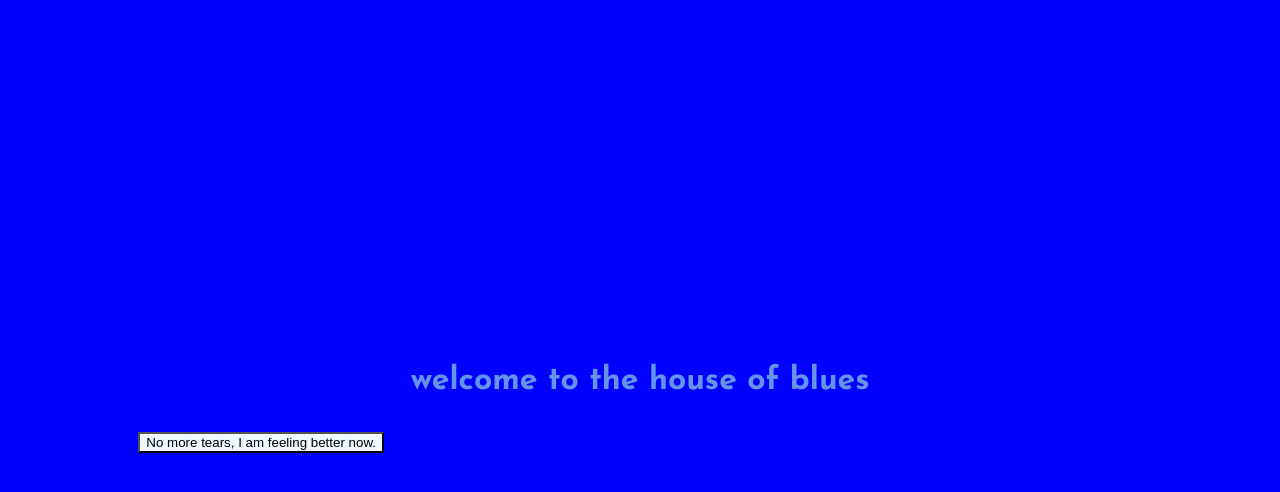
Repository: olivia-clarkeedwards/house-of-blues
Page: index.html
The author's editor kept a copy of each file at every save. The page is drawn from the files as they stood at one save, then again after the next save.
The browser window is 1280 px wide. The pictures show the whole page.

Above is the page before, as saved 2023-02-16 12:44:31.

### index.html
<!DOCTYPE html>
<html>
  <head>
    <title>house of blues</title>
    <link rel="stylesheet" href="main.css">
    <link rel="preconnect" href="https://fonts.googleapis.com">
    <link rel="preconnect" href="https://fonts.gstatic.com" crossorigin>
    <link href="https://fonts.googleapis.com/css2?family=Josefin+Sans:wght@700&display=swap" rel="stylesheet">
  </head>
  <body id = 'background'>
      <h1 id = 'main-title'>welcome to the house of blues</h1>
      <p id="audio"></p>
      <button>No more tears, I am feeling better now.</button>
  </body>
  <script src="index.js" type="text/javascript"></script>
</html>

### main.css
body {
  color: cornflowerblue;
  background-color: blue;
  margin: 0;
  padding: 0;
  height: 100%;
  width: 100%;
  font-family: "Josefin Sans", sans-serif;
}

* {
  box-sizing: border-box;
}

h1 {
  position: absolute;
  top: 50%;
  left: 50%;
  transform: translate(-50%, -50%);
  user-select: none;
}

p {
  display: hidden;
}

button {
  position: absolute;
  top: 60%;
  right: 70%;
  background-color: aliceblue;
}

.drop {
  width: 20px;
  height: 20px;
  position: fixed;
  border-radius: 80% 0 55% 50% / 55% 0 80% 50%;
  z-index: -1;
  top: -1vh;
  font-size: 2rem;
  background-color: rgba(0, 255, 255, 0.406);
  transform: translateY(0);
  animation: fall 10s linear forwards;
  transform: rotate(-45deg);

  /* Remove ability to highlight drops */
  -webkit-touch-callout: none;
  -webkit-user-select: none;
  -khtml-user-select: none;
  -moz-user-select: none;
  -ms-user-select: none;
  user-select: none;
}

@keyframes fall {
  to {
    transform: translateY(101vh);
  }
}

### index.js
/*--------------------------------------/
    Welcome to the house of blues
/--------------------------------------*/
// Copyright 2023 Olivia Clarke-Edwards. //

const mainTitle = document.getElementById('main-title')
const background = document.getElementById('background')
const audioBG = document.getElementById('audio')

let count = 0
const featureTime = 3
const numEggs = 2 //to add a feature, increment this number by 1 and add feature to blueEasterEgg function in the switch statement

document.onclick = changeBlues

function changeBlues() {
  mainTitle.style.color = getRandomBlueColor()
  background.style.backgroundColor = getRandomBlueColor()
  if (count == featureTime) {
    blueEasterEgg()
    count = 0
  }
  count++
}

function getRandomBlueColor() {
  let hue = Math.floor(Math.random() * 30 + 185)
  let saturation = Math.floor(Math.random() * 60 + 40)
  let lightness = Math.floor(Math.random() * 60 + 20)
  return `hsl(${hue}, ${saturation}%, ${lightness}%)`
}

function blueEasterEgg() {
  let randomEgg = getRandom(numEggs)
  console.log(randomEgg);
  switch (randomEgg) {
    case 0:
      heyBaby()
      if (mainTitle.innerHTML === "let those teardrops fall") {
        setInterval(generateTearDrops, 200);

      }
      break
    case 1:
      heyBaby()
      if (mainTitle.innerHTML === "let those teardrops fall") {
        setInterval(generateTearDrops, 200);
      }
      ettaJ()
      break
  }
  //add extra features here
}

function getRandom(max) {
  return Math.floor(Math.random() * max)
}

const sayingsArray = [
  'let it out',
  "hey baby, don't worry,<br> it ain't nothing but the blues",
  'let those teardrops fall',
  'just cry, darling',
]

function heyBaby() {
  mainTitle.innerHTML = sayingsArray[getRandom(sayingsArray.length)]
}

function ettaJ() {
  if (!audioBG.classList.contains('etta')) {
    let ettaJames =
      '<audio autoplay loop src="etta-james-id-rather-go-blind.wav" type="audio/wav" alt="Etta James - I\'d Rather Go Blind">No Sound</audio>'
    audioBG.innerHTML = ettaJames
    audioBG.classList.add('etta')
  }
}

function generateTearDrops (params) {
  const drop = document.createElement("div");
  drop.classList.add("drop")
  drop.style.left = Math.random() * 100 + "vw";
  drop.style.animationDuration =  Math.random() * 2 + 2 + "s"
  document.body.appendChild(drop)

}

After the next save:
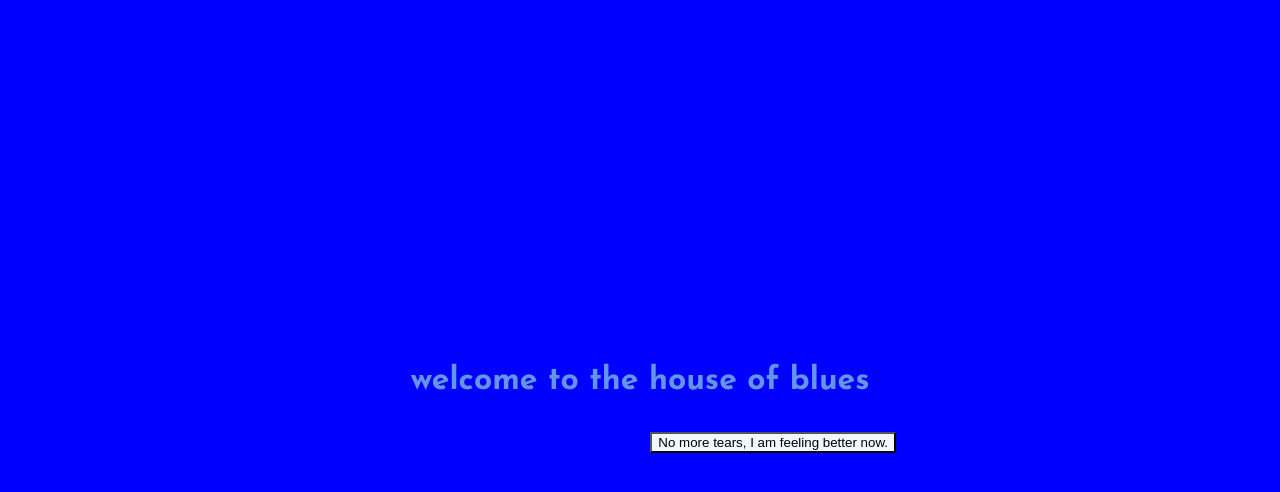
Saved 6 s later.
--- a/main.css
+++ b/main.css
@@ -27,7 +27,7 @@ p {
 button {
   position: absolute;
   top: 60%;
-  right: 70%;
+  right: 30%;
   background-color: aliceblue;
 }
 
